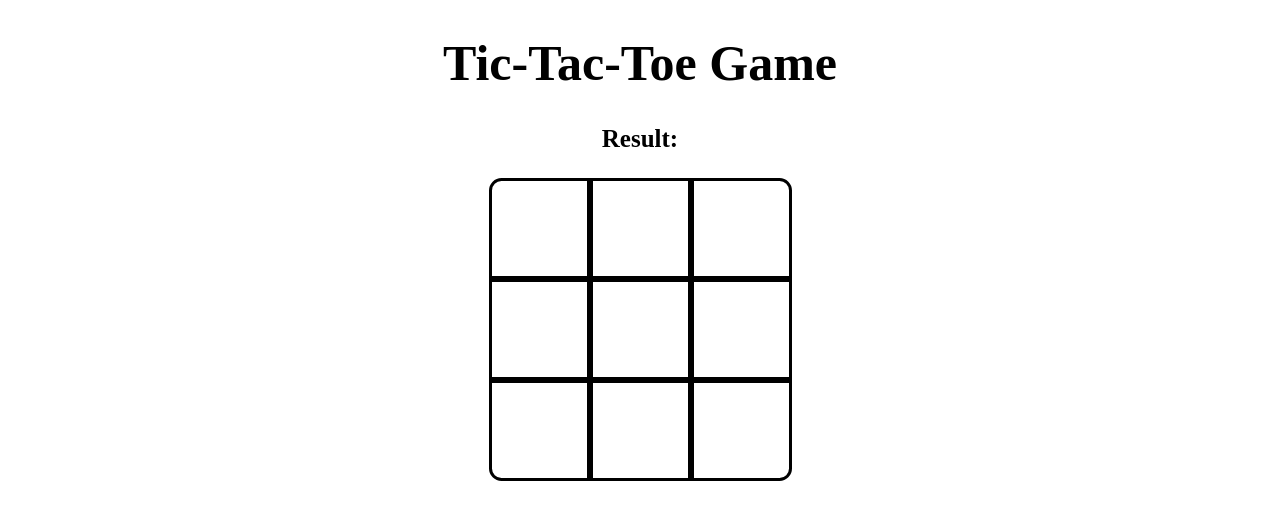
Repository: 0101chaitanya/Tic-Tac-Toe
Page: index.html
These files come from the project's save history. The page is drawn as it stood at one moment and after the next save; the edit follows.
The browser window is 1280 px wide. The pictures show the whole page.

Above is the page before, as saved 2021-06-09 18:28:53.

### index.html
<!DOCTYPE html>
<html>
    <head>
<meta charset="utf-8">
<title>Tic-Tac-Toe Game</title>
<link rel="stylesheet" href="styles.css">
    </head>
<body>
    <h1 id="heading">Tic-Tac-Toe Game</h1>

    <div id = "Output">
        <p  >Result:</p>
    </div>
    <div id = "gameSquare">

    <div id = "row1">
    <div class = "r1Column"></div>
    <div class = "rlColumn"></div>
    <div class = "rlColumn"></div>
</div>
<div id = "row2">
    <div class = "r2Column"></div>
    <div class = "r2Column"></div>
    <div class = "r2Column"></div>
</div>
<div id = "row3">
    <div class = "r3Column"></div>
    <div class = "r3Column"></div>
    <div class = "r3Column"></div>
</div>
</div>
</body>
<script type="text/javascript" src="script.js"></script>
</html>

### styles.css
:root{
    text-align: center;
font-weight: bold;
}
@media  screen and (max-width: 400px){
    :root{
        font-size: 14px;
}

}
@media  screen and (min-width: 401px) and (max-width: 700px){
    :root{
        font-size: 18px;
}


}@media  screen and (min-width: 701px) {
    :root{
        font-size:25px;
}

}

#gameSquare{
     width:min-content;
    height:min-content;
    display:block;
    margin:auto;
}
#gameSquare>div:nth-child(n){
    /* border-style: solid;
     */width:min-content;
    height:min-content;
    display:flex;
    justify-content:center;
    align-items:center;
}
#gameSquare>div:nth-child(n)>div:nth-child(n){
    display:block;
    margin: auto;
    width:3.8rem;
    height:3.8rem;
border-style:solid;
border-width: 0.15rem;
}
#gameSquare>div:nth-child(1)>div:nth-child(1){
    border-top-left-radius : 0.5rem;

}
#gameSquare>div:nth-child(1)>div:nth-child(3){
    border-top-right-radius : 0.5rem;

}
#gameSquare>div:nth-child(3)>div:nth-child(1){
    border-bottom-left-radius : 0.5rem;

}

#gameSquare>div:nth-child(3)>div:nth-child(3){
    border-bottom-right-radius : 0.5rem;

}

### script.js
/* (function(){
let
})(); */

After the next save:
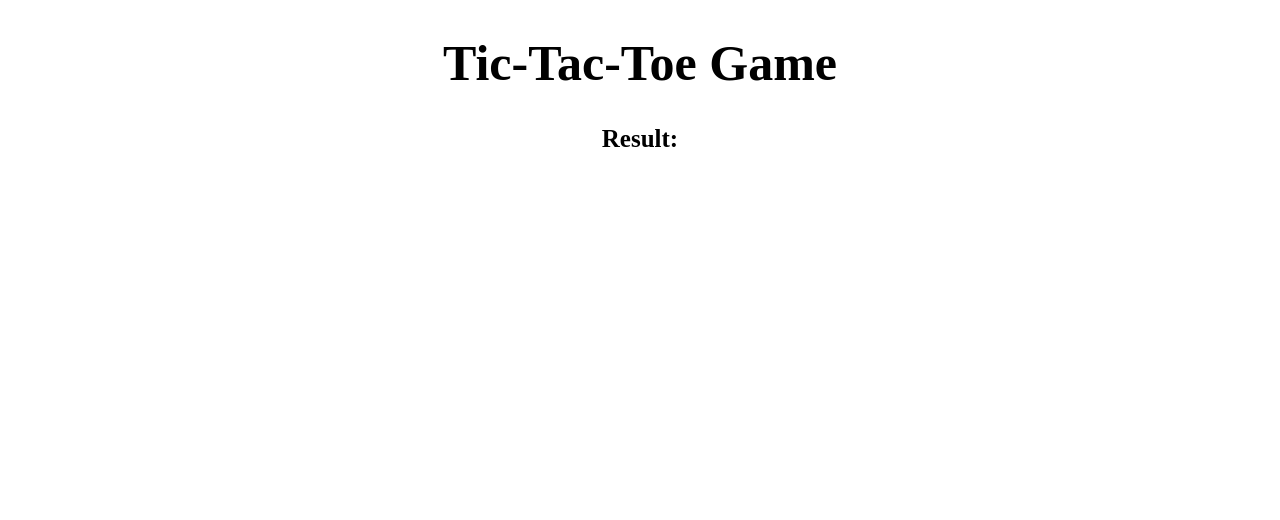
Saved 7 min 8 s later.
--- a/index.html
+++ b/index.html
@@ -12,22 +12,21 @@
         <p  >Result:</p>
     </div>
     <div id = "gameSquare">
-
-    <div id = "row1">
+    <section id = "row1">
     <div class = "r1Column"></div>
     <div class = "rlColumn"></div>
     <div class = "rlColumn"></div>
-</div>
-<div id = "row2">
+</section>
+<section id = "row2">
     <div class = "r2Column"></div>
     <div class = "r2Column"></div>
     <div class = "r2Column"></div>
-</div>
-<div id = "row3">
+</section>
+<section id = "row3">
     <div class = "r3Column"></div>
     <div class = "r3Column"></div>
     <div class = "r3Column"></div>
-</div>
+</section>
 </div>
 </body>
 <script type="text/javascript" src="script.js"></script>

After the save that followed:
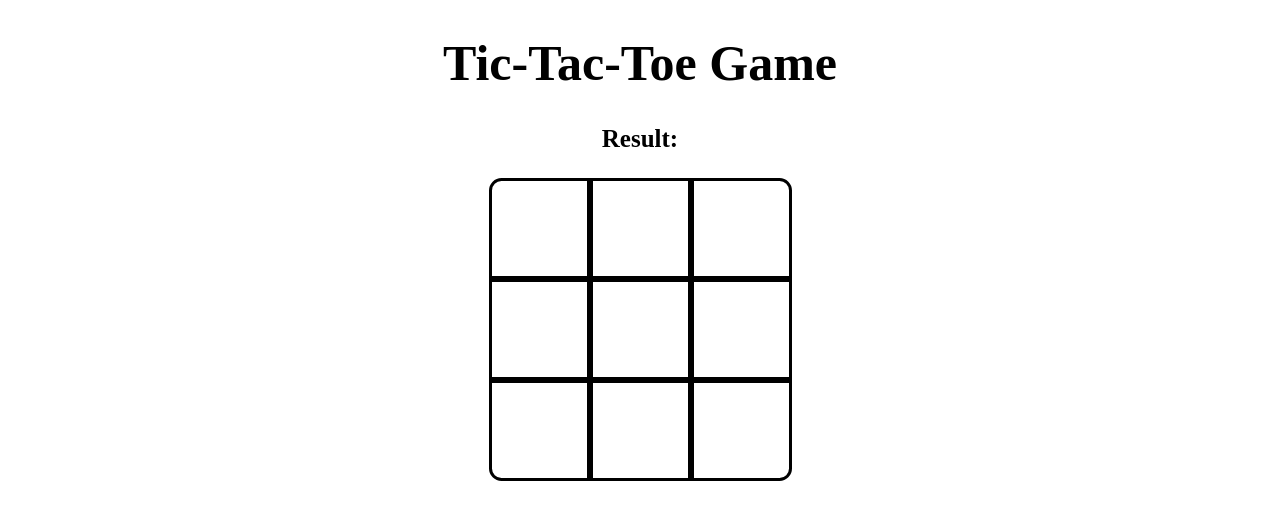
Saved 62 s later.
--- a/styles.css
+++ b/styles.css
@@ -27,7 +27,7 @@ font-weight: bold;
     display:block;
     margin:auto;
 }
-#gameSquare>div:nth-child(n){
+#gameSquare>section:nth-child(n){
     /* border-style: solid;
      */width:min-content;
     height:min-content;
@@ -35,7 +35,7 @@ font-weight: bold;
     justify-content:center;
     align-items:center;
 }
-#gameSquare>div:nth-child(n)>div:nth-child(n){
+#gameSquare>section:nth-child(n)>div:nth-child(n){
     display:block;
     margin: auto;
     width:3.8rem;
@@ -43,20 +43,20 @@ font-weight: bold;
 border-style:solid;
 border-width: 0.15rem;
 }
-#gameSquare>div:nth-child(1)>div:nth-child(1){
+#gameSquare>section:nth-child(1)>div:nth-child(1){
     border-top-left-radius : 0.5rem;
 
 }
-#gameSquare>div:nth-child(1)>div:nth-child(3){
+#gameSquare>section:nth-child(1)>div:nth-child(3){
     border-top-right-radius : 0.5rem;
 
 }
-#gameSquare>div:nth-child(3)>div:nth-child(1){
+#gameSquare>section:nth-child(3)>div:nth-child(1){
     border-bottom-left-radius : 0.5rem;
 
 }
 
-#gameSquare>div:nth-child(3)>div:nth-child(3){
+#gameSquare>section:nth-child(3)>div:nth-child(3){
     border-bottom-right-radius : 0.5rem;
 
 }
